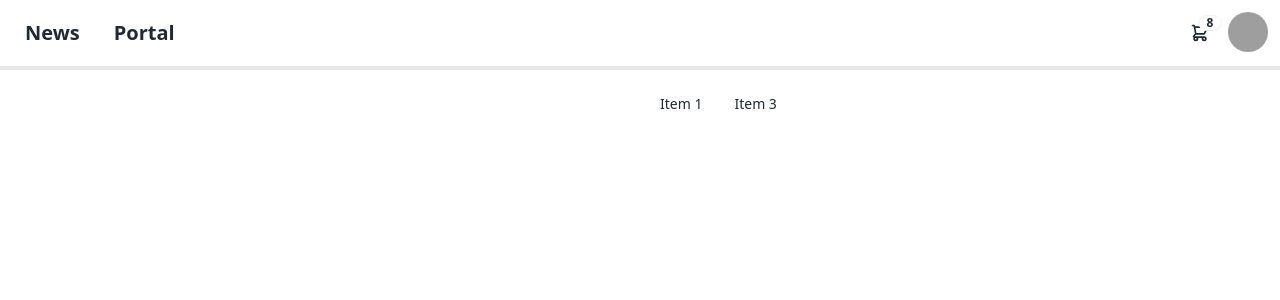
Repository: RudrasahaDibos/news-portal
Page: index.html
The author's editor kept a copy of each file at every save. The page is drawn from the files as they stood at one save, then again after a run of saves.
The browser window is 1280 px wide. The pictures show the whole page.
Pictures or frames that could not be fetched are drawn as grey boxes. Some web libraries are served in a nearby version.

Above is the page before, as saved 2024-11-23 14:58:26.

### index.html
<!DOCTYPE html>
<html lang="en">
<head>
    <meta charset="UTF-8">
    <meta name="viewport" content="width=device-width, initial-scale=1.0">
    <title>news_portals</title>
    <!-- tailwinds  -->
    <link href="https://cdn.jsdelivr.net/npm/daisyui@4.12.14/dist/full.min.css" rel="stylesheet" type="text/css" />
    <script src="https://cdn.tailwindcss.com"></script>

</head>
<body class="container mx-auto ">
    <!-- header starts here -->
        <header>
                   <!-- navbar start here -->
                   <div class="navbar bg-base-100 border-b-4">
                    <div class="flex-1">
                      <a class="btn btn-ghost text-xl">News</a>
                      <a class="btn btn-ghost text-xl">Portal</a>
                    </div>
                    <div class="flex-none">
                      <div class="dropdown dropdown-end">
                        <div tabindex="0" role="button" class="btn btn-ghost btn-circle">
                          <div class="indicator">
                            <svg
                              xmlns="http://www.w3.org/2000/svg"
                              class="h-5 w-5"
                              fill="none"
                              viewBox="0 0 24 24"
                              stroke="currentColor">
                              <path
                                stroke-linecap="round"
                                stroke-linejoin="round"
                                stroke-width="2"
                                d="M3 3h2l.4 2M7 13h10l4-8H5.4M7 13L5.4 5M7 13l-2.293 2.293c-.63.63-.184 1.707.707 1.707H17m0 0a2 2 0 100 4 2 2 0 000-4zm-8 2a2 2 0 11-4 0 2 2 0 014 0z" />
                            </svg>
                            <span class="badge badge-sm indicator-item">8</span>
                          </div>
                        </div>
                        <div
                          tabindex="0"
                          class="card card-compact dropdown-content bg-base-100 z-[1] mt-3 w-52 shadow">
                          <div class="card-body">
                            <span class="text-lg font-bold">8 Items</span>
                            <span class="text-info">Subtotal: $999</span>
                            <div class="card-actions">
                              <button class="btn btn-primary btn-block">View cart</button>
                            </div>
                          </div>
                        </div>
                      </div>
                      <div class="dropdown dropdown-end">
                        <div tabindex="0" role="button" class="btn btn-ghost btn-circle avatar">
                          <div class="w-10 rounded-full">
                            <img
                              alt="Tailwind CSS Navbar component"
                              src="https://img.daisyui.com/images/stock/photo-1534528741775-53994a69daeb.webp" />
                          </div>
                        </div>
                        <ul
                          tabindex="0"
                          class="menu menu-sm dropdown-content bg-base-100 rounded-box z-[1] mt-3 w-52 p-2 shadow">
                          <li>
                            <a class="justify-between">
                              Profile
                              <span class="badge">New</span>
                            </a>
                          </li>
                          <li><a>Settings</a></li>
                          <li><a>Logout</a></li>
                        </ul>
                      </div>
                    </div>
                  </div>




                  <!-- 2nd  -->
                  <div class="navbar bg-base-100">
                    <div class="navbar-start">
                      <div class="dropdown">
                        <div tabindex="0" role="button" class="btn btn-ghost lg:hidden">
                          <svg
                            xmlns="http://www.w3.org/2000/svg"
                            class="h-5 w-5"
                            fill="none"
                            viewBox="0 0 24 24"
                            stroke="currentColor">
                            <path
                              stroke-linecap="round"
                              stroke-linejoin="round"
                              stroke-width="2"
                              d="M4 6h16M4 12h8m-8 6h16" />
                          </svg>
                        </div>
                        <ul
                          tabindex="0"
                          class="menu menu-sm dropdown-content bg-base-100 rounded-box z-[1] mt-3 w-52 p-2 shadow">
                          <li><a>Item 1</a></li>

                          <li><a>Item 3</a></li>
                        </ul>
                      </div>

                    </div>
                    <div class="navbar-center hidden lg:flex">
                      <ul class="menu menu-horizontal px-1">
                        <li><a>Item 1</a></li>

                        <li><a>Item 3</a></li>
                      </ul>
                    </div>

                  </div>

                   <!-- navbar end here -->
        </header>
        <!-- header end here -->

        <!-- main is start here -->
         <main>

         </main>
         <!-- main is end here -->
</body>
</html>

After the next 3 saves:
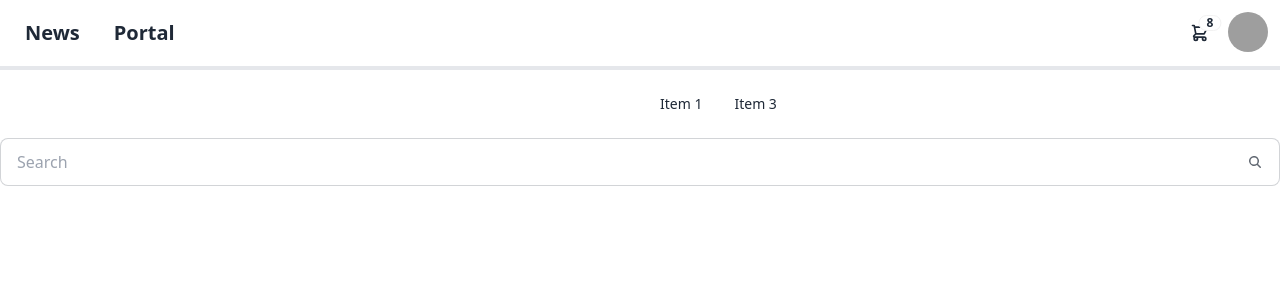
The 3 saves are shown as one change because they came seconds apart.
The last was saved 79 s later.
--- a/index.html
+++ b/index.html
@@ -120,6 +120,20 @@
 
         <!-- main is start here -->
          <main>
+            <label class="input input-bordered flex items-center gap-2">
+                <input type="text" class="grow" placeholder="Search" />
+                <svg
+                  xmlns="http://www.w3.org/2000/svg"
+                  viewBox="0 0 16 16"
+                  fill="currentColor"
+                  class="h-4 w-4 opacity-70">
+                  <path
+                    fill-rule="evenodd"
+                    d="M9.965 11.026a5 5 0 1 1 1.06-1.06l2.755 2.754a.75.75 0 1 1-1.06 1.06l-2.755-2.754ZM10.5 7a3.5 3.5 0 1 1-7 0 3.5 3.5 0 0 1 7 0Z"
+                    clip-rule="evenodd" />
+                </svg>
+              </label>
+
 
          </main>
          <!-- main is end here -->
